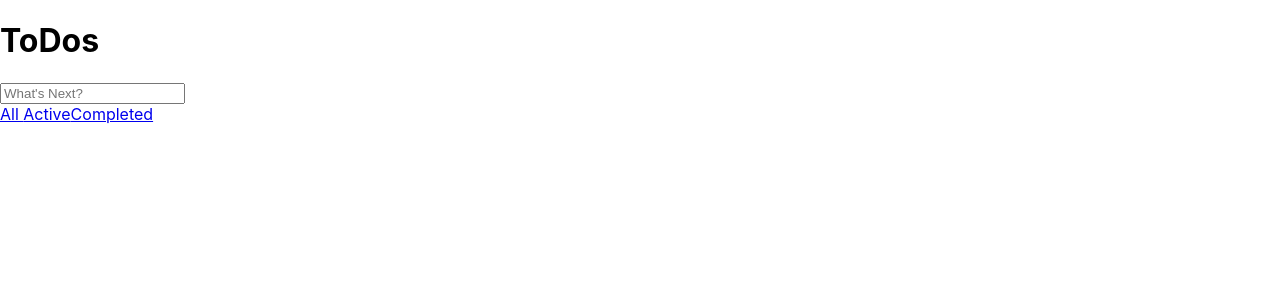
Repository: shuroo/FECourse-final-ex-todos
Page: /
The author's editor kept a copy of each file at every save. The page is drawn from the files as they stood at one save, then again after the next save.
The browser window is 1280 px wide. The pictures show the whole page.
The project was rebuilt for these pictures with package versions that can differ from the ones it lists, and the page was loaded fresh each time. Also part of the build but not shown: src/App.css, src/components/TaskComponent.jsx, src/components/TasksView.jsx, src/components/CompletedTasksComponent.jsx. Imported but missing from the stored project, and not drawn on this page: src/components/AllTasksComponent.

Above is the page before, as saved 2021-08-03 20:26:23.

After the next save:
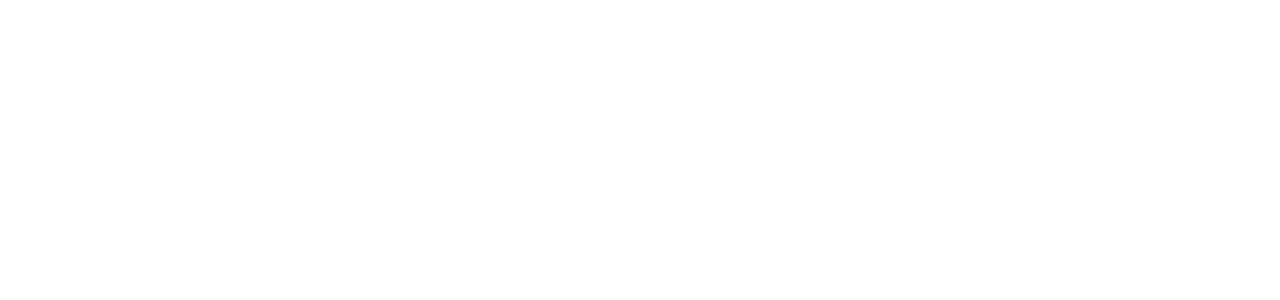
Saved 70 s later.
--- a/src/App.js
+++ b/src/App.js
@@ -2,12 +2,13 @@
 import './App.css';
 import HomePage from './pages/HomePage';
 import { Container } from 'react-bootstrap';
+import ActiveTasksComponent from './components/ActiveTasksComponent';
 
 function App() {
     return (
 
         <
-        HomePage / >
+        ActiveTasksComponent / >
 
 
 

After the save that followed:
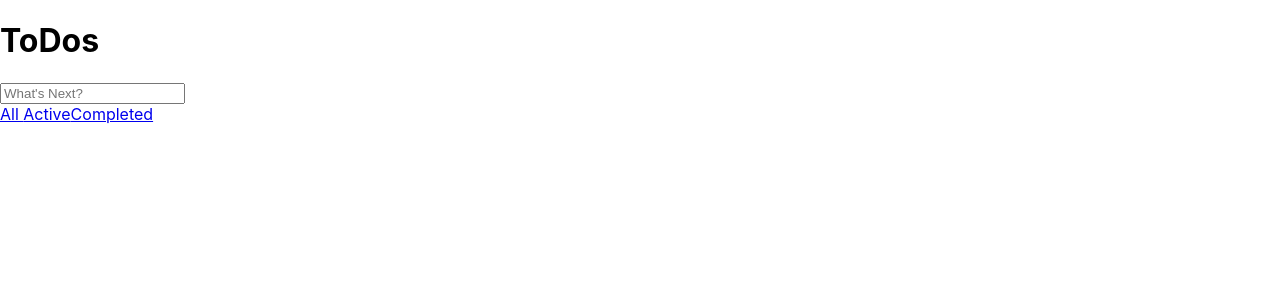
Saved 24 s later.
--- a/src/App.js
+++ b/src/App.js
@@ -2,13 +2,12 @@
 import './App.css';
 import HomePage from './pages/HomePage';
 import { Container } from 'react-bootstrap';
-import ActiveTasksComponent from './components/ActiveTasksComponent';
 
 function App() {
     return (
 
         <
-        ActiveTasksComponent / >
+        HomePage / >
 
 
 
